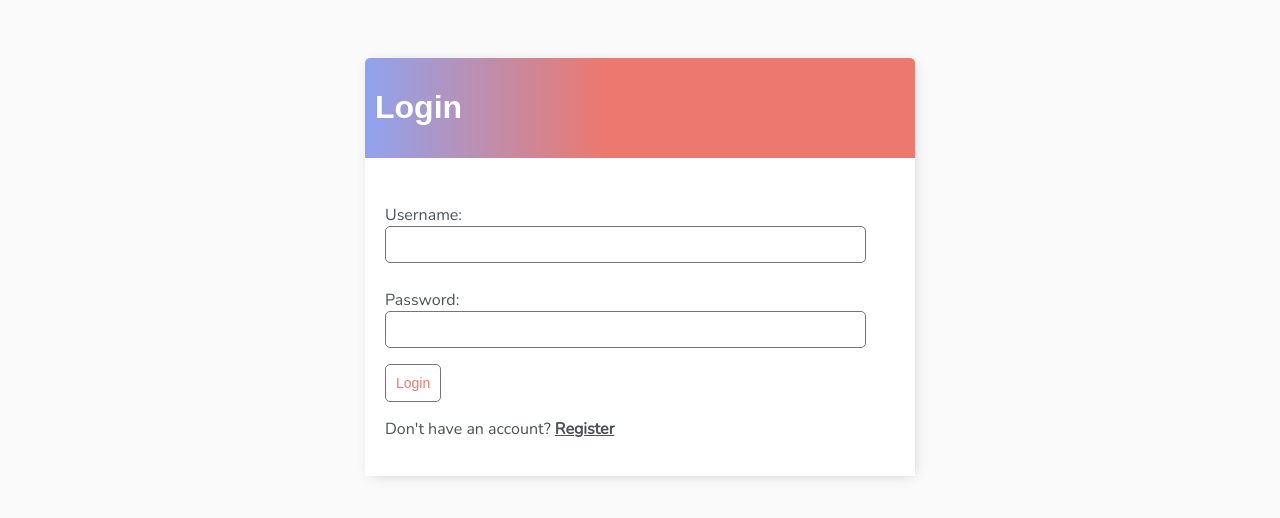
Repository: Altyn119/toDo-django
Page: http://localhost/login/
The author's editor kept a copy of each file at every save. The page is drawn from the files as they stood at one save, then again after the next save.
The browser window is 1280 px wide. The pictures show the whole page.
The page is served by the project's application, run on Django 5.2 (manage.py).

Above is the page before, as saved 2025-06-16 11:09:25.

After the next save:
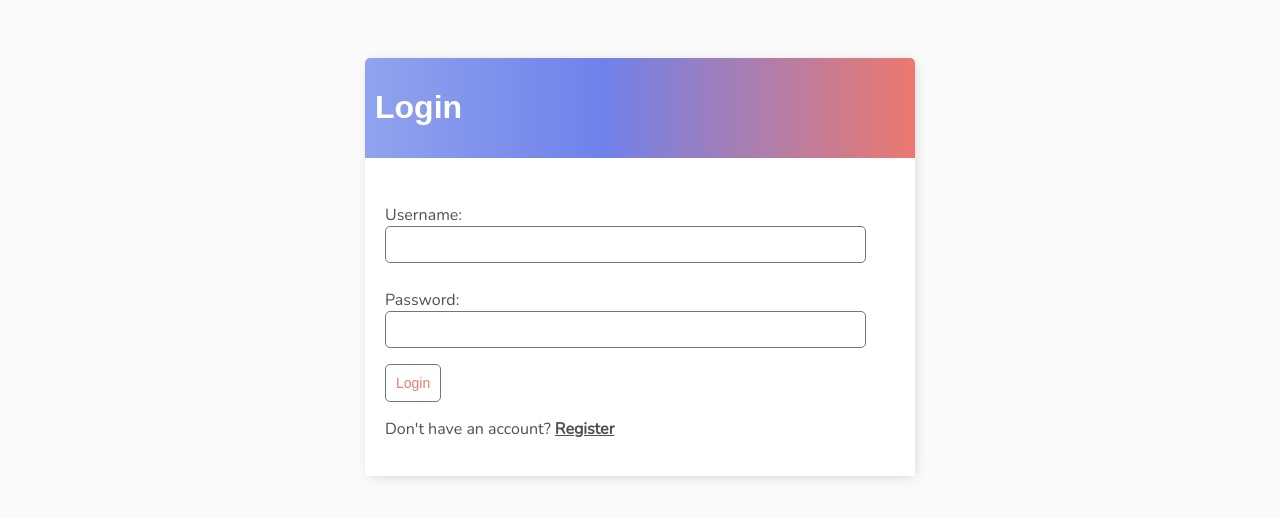
Saved 5 s later.
--- a/base/templates/base/main.html
+++ b/base/templates/base/main.html
@@ -58,7 +58,7 @@
             color: #fff;
             padding: 10px;
             border-radius: 5px 5px 0 0;
-            background: linear-gradient(90deg, #90a3ee 0%, #EB796F 43%, #EB796F 100%);
+            background: linear-gradient(90deg, #90a3ee 0%, #6f82eb 43%, #EB796F 100%);
         }
 
         .header-bar a {
